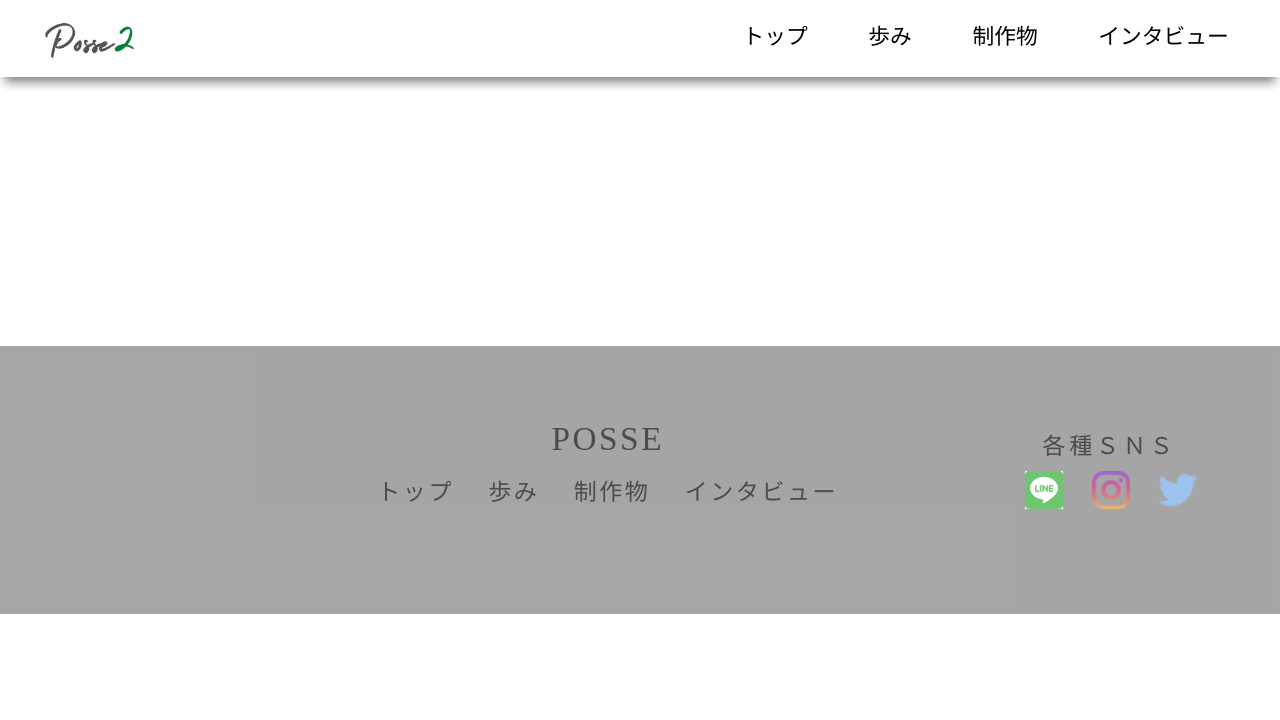
Repository: posse-ap/posse2-hackathon-202202-team2A
Page: topPage/index.html
An editor plug-in stored every save of this project. The page is shown before and after the next save, followed by the edit.
The browser window is 1280 px wide. The pictures show the whole page.

Above is the page before, as saved 2022-02-15 03:00:22.

### topPage/index.html
<!DOCTYPE html>
<html lang="en">

<head>
    <meta charset="UTF-8" />
    <meta http-equiv="X-UA-Compatible" content="IE=edge" />
    <meta name="viewport" content="width=device-width, initial-scale=1.0" />
    <title>Document</title>
    <link rel="stylesheet" href="/reset.css" />
    <link rel="stylesheet" href="/topPage/style.css" />
</head>

<body>
    <!-- <header id="header" class="header">
        <div class="header_content">
            <div class="header_title">
                <img src="/topPage images/S__31211608.jpg" alt="" class="header_title_img">
            </div>
            <div class="header_links">
                <ul>
                    <li><a href="">トップページ</a></li>
                    <li><a href="">活動記録</a></li>
                    <li><a href="">日常の記録</a></li>
                    <li><a href="">保護者の方へ</a></li>
                </ul>
            </div>
        </div>
    </header> -->

    <header id="header" class="header">
        <div class="header_content">
            <div class="header_title">
                <img src="/topPage images/S__31211608.jpg" alt="" class="header_title_img">
            </div>
            <!-- ①サイトタイトル -->
            <div class="nav-wrapper header_links">
                <!-- ②ナビゲーションメニュー -->
                <nav class="header-nav">
                    <ul class="nav-list">
                        <li class="nav-item">
                            <a href="">トップ</a>
                        </li>
                        <li class="nav-item">
                            <a href="">歩み</a>
                        </li>
                        <li class="nav-item">
                            <a href="">制作物</a>
                        </li>
                        <li class="nav-item">
                            <a href="">インタビュー</a>
                        </li>
                    </ul>
                </nav>
            </div>
            <button class="burger-btn">
                <!-- ③ハンバーガーボタン -->
                <span class="bar bar_top"></span>
                <span class="bar bar_mid"></span>
                <span class="bar bar_bottom"></span>
            </button>
        </div>
    </header>



    <footer class="footer">
        <div class='footer_box'>
            <div class="footer_box1">
                <div class='footer_official_box'>
                    <label for="logo"><p>POSSE</p></label>
                    <!-- <a id='logo'  href="https://posse.anti-pattern.co.jp/"><img class='posse_logo_footer' src="img\posseLogo.png" alt="ポッセロゴ"></a> -->
                </div>
                <div class='footer_other_box'>
                    <div class='footer_page_in_site'>
                        <a href="">トップ</a>
                        <a href="">歩み</a>
                        <a href="">制作物</a>
                        <a href="">インタビュー</a>
                    </div>
                </div>
            </div>
            <div class='SNS'>
                <p>各種ＳＮＳ</p>
                <div class='SNS_box'>
                    <a href=""><img src="/topPage images/LINE.png" alt=""></a>
                    <a href="https://instagram.com/posse_programming?utm_medium=copy_link"><img src="/topPage images/instagram2.png" alt="instagram"></a>
                    <a href="https://twitter.com/posse_program?s=20"><img src="/topPage images/twitter2.png" alt="twitter"></a>
                </div>
            </div>
        </div>
    </footer>

    <script src="https://ajax.googleapis.com/ajax/libs/jquery/3.6.0/jquery.min.js"></script>
    <script src="/topPage/script.js"></script>
</body>

</html>

### topPage/style.css
html {
    font-size: 1vw;
}

body {
    text-align: center;
    margin: 0 auto;
    font-family: "ヒラギノ丸ゴ Pro W4", "ヒラギノ丸ゴ Pro", "Hiragino Maru Gothic Pro", "ヒラギノ角ゴ Pro W3", "Hiragino Kaku Gothic Pro", "HG丸ｺﾞｼｯｸM-PRO", "HGMaruGothicMPRO";
}

.header_content {
    width: 95%;
    height: 90%;
    display: flex;
    justify-content: space-between;
    opacity: 1;
    margin: 0 6rem 0.3rem 1rem;
}

.header_title {
    display: flex;
}

.header_title_img {
    display: block;
    width: 12rem;
    height: 4rem;
    opacity: 1;
}



.header_links {
    width: 40%;
    padding: 1rem 0 0 0;
}

.header_links ul {
    display: flex;
    justify-content: space-between;
}

.header_links li a {
    display: block;
    color: black;
    text-decoration: none;
    font-size: 1.7rem;
}

.header_links li a:hover {
    opacity: 0.4;
    transform: translate(0, -5px);
}


.header {
    width: 100%;
    height: 6rem;
    background: white;
    position: fixed;
    top: 0;
    left: 0;
    padding-top: 1.1rem;
    box-sizing: border-box;
    z-index: 5;
    box-shadow: 0px 10px 10px -5px rgba(0, 0, 0, 0.5);
}

.SNS_box{
    width: 150%;
}


/* -------------------- */
/* header
  /* -------------------- */
/* .header {
    align-items: center;
    background-color: #1b1310;
    border-bottom: 1px solid #fff;
    color: #fff;
    display: flex;
    height: 74px;
    justify-content: space-between;
    padding: 0 120px;
} */

/* .nav-list {

    display: flex;
} */

/* .nav-item {

    margin-right: 55px;
} */

.burger-btn {
    display: none;
}

/* ------------------ */
/* fv
  /* ------------------ */
.fv {
    align-items: center;
    background-color: #141414;
    background-image: url(../img/fv-bgi@2x.jpg);
    background-position: center;
    background-size: cover;
    display: flex;
    flex-direction: column;
    height: 90vh;
    justify-content: center;
}

/* .main-copy {
    border: 2px solid #fff;
    color: #fff;
    font-size: 50px;
    font-weight: bold;
    padding: 34px 42px;
} */

/* ------------------ */
/* about
  /* ------------------ */
.section-title {
    font-size: 36px;
    font-weight: bold;
    letter-spacing: .05em;
    margin-bottom: 70px;
    text-align: center;
}

h3 {
    font-size: 2.4rem;
    font-weight: bold;
    letter-spacing: .1em;
    line-height: 2;
    margin-bottom: 40px;
}

.section-wrapper {
    padding: 100px 10% 50px;
}

@media screen and (min-width:541px) and (max-width:1024px) {
    .header{
        height: 10rem;
    }

    .header_content{
        padding-top: 2rem;
    }

    .header_title_img{
        width: 100%;
        height: 70%;
    }

    .header_links li a{
        font-size: 2.7rem;
        margin-top: 0;
    }

    .header_links{
        width: 50%;
    }
}

@media screen and (max-width:540px) {

    /* ----------------------- */
    /* base_sp
    /* ----------------------- */
    /* デフォルトのbuttonスタイルをリセット */
    button {
        -webkit-appearance: none;
        -moz-appearance: none;
        appearance: none;
        background: transparent;
        border: 0;
        border-radius: 0;
        color: inherit;
        cursor: pointer;
        font: inherit;
        margin: 0;
        outline: none;
        padding: 0;
        vertical-align: middle;
    }

    /* ------------------ */
    /* humberger-menu */
    /* ------------------ */
    .header {
        padding: 0;
        height: 15rem;
    }

    .header_title_img{
        margin-top: 2rem;
        width: 30rem;
        height: 10rem;
    }

    /* 以下、ハンバーガーボタン */
    .burger-btn {
        display: block;
        height: 22%;
        position: relative;
        width: 20%;
        z-index: 3;
        /* codepenの挙動のため */
        background-color: transparent;
        border: none;
        margin-top: 6rem;
    }



    .bar {
        background-color: black;
        display: block;
        height: 0.1rem;
        left: 50%;
        position: absolute;
        transform: translateX(-50%);
        width: 7rem;
    }

    .bar_top {
        top: 3rem;
    }

    .bar_mid {
        top: 50%;
        transform: translate(-50%, -50%);
    }

    .bar_bottom {
        bottom: 3rem;
    }

    .burger-btn.close{
        margin-top: 8.4rem;
    }

    .burger-btn.close .bar_top {
        transform: translate(-50%,-4.3rem) rotate(45deg);
        transition: transform .3s;
    }

    .burger-btn.close .bar_mid {
        opacity: 0;
        transition: opacity .3s;
    }

    .burger-btn.close .bar_bottom {
        transform: translate(-50%, -1rem) rotate(-45deg);
        transition: transform .3s;
    }

    /* スクロール制御 */
    .noscroll {
        overflow: hidden;
    }

    /* 以下、ハンバーガーメニュー */
    .nav-wrapper {
        visibility: hidden;
        height: 100vh;
        left: 0;
        position: fixed;
        top: 0;
        width: 100vw;
        opacity: 0;
        transition: opacity .5s;
        z-index: 2;
        /*キービジュアルと.btn_triggerとの重なりの前後関係を調整*/
    }

    .header-nav {
        background-color: white;
        height: 100%;
        width: 100%;
        z-index: 2;
    }

    .header_links ul{
        display: block;
    }

    .nav-list {
        display: block;
        left: 50%;
        position: absolute;
        text-align: center;
        top: 50%;
        transform: translate(-50%, -50%);
    }

    .nav-item {
        margin-bottom: 40px;
        margin-right: 0;
    }

    .header_links li a{
        font-size: 5rem;
    }

    /* メニューオープン時 */
    .nav-wrapper.fade {
        opacity: 1;
        visibility: visible;
    }

    /* ------------------ */
    /* fv */
    /* ------------------ */
    .main-copy {
        font-size: 30px;
    }

    /* ------------------ */
    /* about */
    /* ------------------ */
    h3 {
        font-size: 20px;
        margin-bottom: 30px;
    }

    .section-wrapper {
        padding: 100px 5% 50px;
    }
}

/* ふったー */
.footer {
    background-color: grey;
    opacity: 0.7;
}

.footer_box {
    width: 65%;
    height: 15rem;
    display: flex;
    justify-content: space-around;
    padding: 6rem 0 0 0;
    position: relative;
    right: -23%;
    margin-top: 27rem;
}

.footer_official_box label p {
    color: black;
    font-size: 2.6rem;
    letter-spacing: 0.2rem;
}

.footer_official_box label p:hover {
    opacity: 0.4;
    transform: translate(0, -5px);
}

.footer_page_in_site a {
    color: black;
    text-decoration: none;
    font-size: 1.8rem;
    letter-spacing: 0.2rem;
}

.footer_page_in_site a:hover {
    opacity: 0.4;
    transform: translate(0, -5px);
}

.SNS {
    width: 14%;
}

.SNS_box a {
    margin: 1rem;
}

.SNS_box a img {
    width: 3rem;
    height: 3rem;
}

.SNS_box a :hover {
    opacity: 0.4;
    transform: translate(0, -5px);
}

.SNS p {
    color: black;
    font-size: 1.8rem;
    margin: 1rem 0;
    margin-left: 6rem;
    letter-spacing: 0.3rem;
    white-space: nowrap;
}

/* .SNS p:hover {
    opacity: 0.4;
    transform: translate(0, -5px);
} */

.posse_logo_footer {
    width: 80%;
    height: 40%;
}

.footer_other_box {
    font-size: 1.5rem;
    letter-spacing: 0.3rem;
    margin: 2rem;
}

.footer_page_in_site a {
    margin: 0 1rem;
}

.SNS_box{width: 250%;}

@media screen and (min-width:541px) and (max-width:1024px) {
    .footer{
        height: 30rem;
    }

    .footer_official_box label p{
        font-size: 7rem;
    }

    .SNS p{
        display: block;
        margin-left: 0;
        margin: 3rem auto;
        font-size: 3rem;
        white-space: nowrap;
    }

    .footer_page_in_site a{
        font-size: 3rem;
    }

    .footer_box{
        width: 75%;
        display: block;
        right: -13%;
    }

    .SNS{
        margin: 0 auto;
        width: 100%;
    }

    .SNS_box{
        width: 100%;
    }


    .footer_official_box label p{
        font-size: 4rem;
    }

    .SNS_box a img {
        width: 5rem;
        height: 5rem;
    }
}


@media screen and (max-width:540px) {
    .footer_box {
        display: block;
        height: 20rem;
        margin:  20rem 0;
        right: -5%;
        width: 90%;
    }

    .footer_official_box label p{
        font-size: 10rem;
    }

    .footer_page_in_site a{
        font-size: 5rem;
        display: block;
    }

    .footer_page_in_site{
        display: block;
        line-height: 7rem;
    }

    .footer{
        height: 70rem;
    }

    .SNS{
        margin: 0 auto;
        width: 100%;
    }

    .SNS p{
        margin-left: 0;
        display: block;
        width: 50rem;
        margin: 3rem auto;
        font-size: 7rem;
        white-space: nowrap
    }

    .SNS_box{
        width: 100%;
    }

    .SNS_box a img {
        width: 7rem;
        height: 7rem;
    }
}

### topPage/script.js
$('.burger-btn').on('click', function () {//.btn_triggerをクリックすると
    $('.burger-btn').toggleClass('close');//.btn_triggerにcloseクラスを付与(ボタンのアニメーション)
    $('.nav-wrapper').toggleClass('fade');//.nav-wrapperに
    $('body').toggleClass('noscroll');//bodyにnoscrollクラスを付与(スクロールを固定)
});

Loaded but not shown: reset.css (common file)

After the next save:
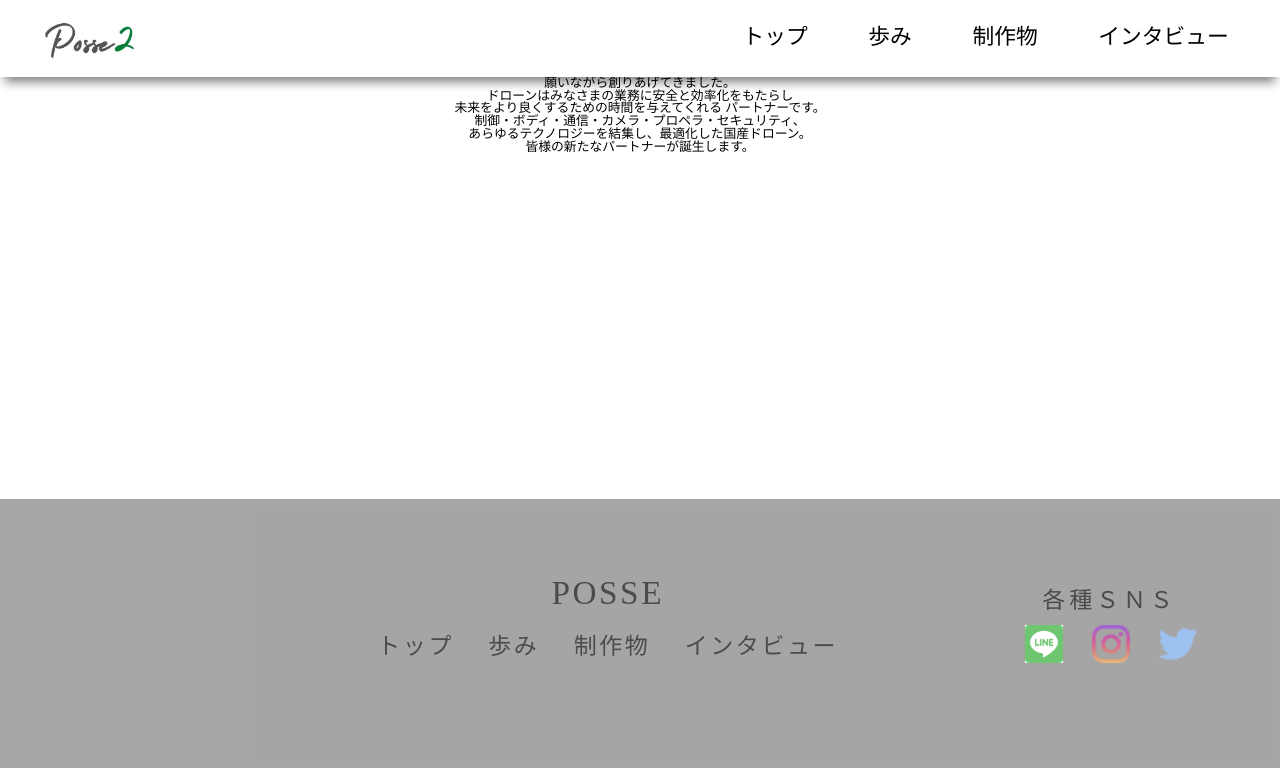
Saved 7 min 9 s later.
--- a/topPage/index.html
+++ b/topPage/index.html
@@ -61,6 +61,23 @@
         </div>
     </header>
 
+    <section class="section">
+        <div>
+            <h2>日本の社会インフラを進化させる力。</h2>
+        <p>社会インフラを支える<span class="highlight">すべての</span>人へ<br>
+            より良い未来をつくるために届けたい<br>
+            空をより近くに、空間を自在にする「目」</p>
+        <p>ひとが働きがいを持って経済成長を実現するために、<br>
+            <span class="highlight">寄り添いながら支えられる存在</span>であるよう<br>
+            願いながら創りあげてきました。<br>
+            ドローンはみなさまの業務に安全と効率化をもたらし<br>
+            未来をより良くするための時間を与えてくれる <span class="highlight">パートナー</span>です。</p>
+        <p>制御・ボディ・通信・カメラ・プロペラ・セキュリティ、<br>
+            <span class="highlight">あらゆるテクノロジー</span>を結集し、最適化した国産ドローン。<br>
+            皆様の新たなパートナーが誕生します。</p>
+        </div>
+    </section>
+
 
 
     <footer class="footer">
